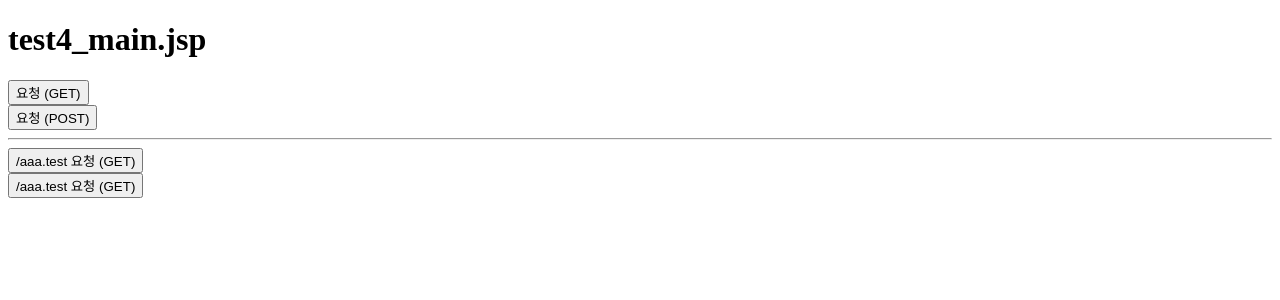
Repository: junesse-afk/ITJSP
Page: http://localhost/StudyJSP/jsp09_servlet/test4_main.jsp
An editor plug-in stored every save of this project. The page is shown before and after the next save, followed by the edit.
The browser window is 1280 px wide. The pictures show the whole page.
The page is served by Tomcat 10. Other server files are loaded and not shown.

Above is the page before, as saved 2024-11-26 07:41:52.

### workspace_jsp/StudyJSP/src/main/webapp/jsp09_servlet/test4_main.jsp
<%@ page language="java" contentType="text/html; charset=UTF-8"
    pageEncoding="UTF-8"%>
<!DOCTYPE html>
<html>
<head>
<meta charset="UTF-8">
<title>Insert title here</title>
</head>
<body>

	<h1>test4_main.jsp</h1>
	<form action="asdasd.test" method="get">
		<input type="submit" value="요청 (GET)">
	</form>
	<form action="qwer.test" method="post">
		<input type="submit" value="요청 (POST)">
	</form>
	<hr>

	<form action="/aaa.test" method="get">
		<input type="submit" value="/aaa.test 요청 (GET)">
	</form>

	<form action="/StudyJSP/asdasd/aaa.test" method="get">
		<input type="submit" value="/aaa.test 요청 (GET)">
	</form>


</body>
</html>

After the next save:
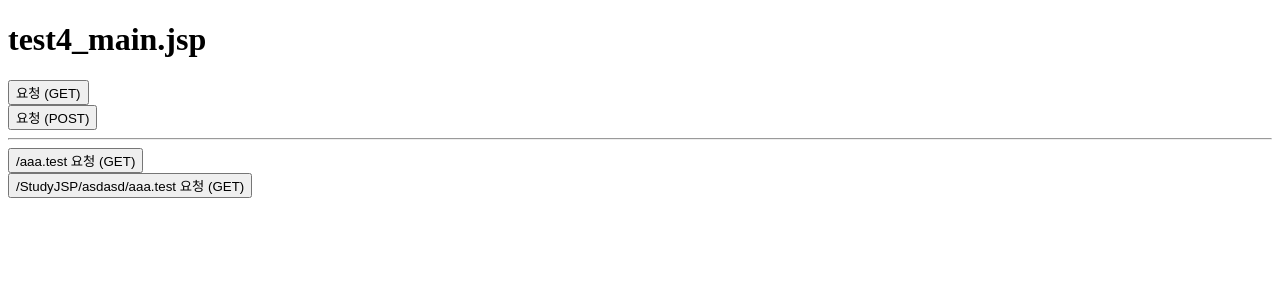
Saved 15 s later.
--- a/workspace_jsp/StudyJSP/src/main/webapp/jsp09_servlet/test4_main.jsp
+++ b/workspace_jsp/StudyJSP/src/main/webapp/jsp09_servlet/test4_main.jsp
@@ -22,7 +22,7 @@
 	</form>
 
 	<form action="/StudyJSP/asdasd/aaa.test" method="get">
-		<input type="submit" value="/aaa.test 요청 (GET)">
+		<input type="submit" value="/StudyJSP/asdasd/aaa.test 요청 (GET)">
 	</form>
 
 
